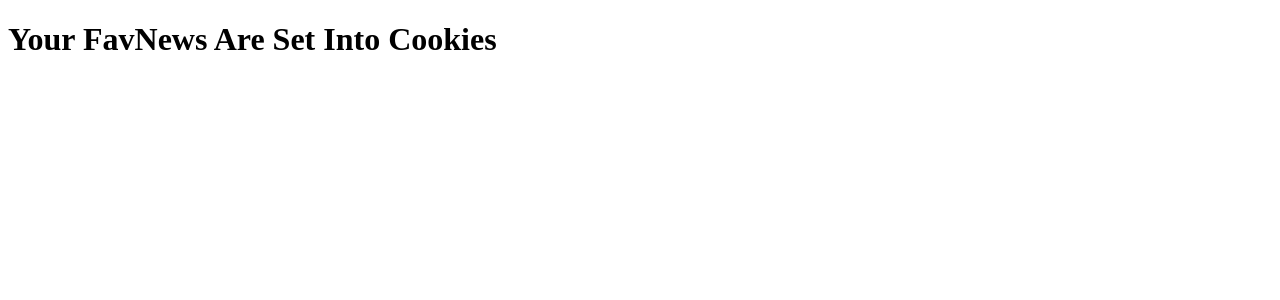
Repository: ZawMinKhantOrLeon/JavaEEWS
Page: http://localhost/jsp_servlet/cookie-data.jsp
The author's editor kept a copy of each file at every save. The page is drawn from the files as they stood at one save, then again after the next save.
The browser window is 1280 px wide. The pictures show the whole page.
The page is served by Tomcat 10. Other server files are loaded and not shown.

Above is the page before, as saved 2024-02-15 04:02:05.

### jsp_servlet/src/main/webapp/cookie-data.jsp
<%@ page language="java" contentType="text/html; charset=ISO-8859-1"
    pageEncoding="ISO-8859-1"%>
<!DOCTYPE html>
<html>
<head>
<meta charset="ISO-8859-1">
<title>Cookie Data</title>
</head>
<body>
	<%
	String favNews = request.getParameter("favNews");
	Cookie cookie = new Cookie("jsp_servlet.favNews",favNews);
	cookie.setMaxAge(60);

	response.addCookie(cookie);


	%>
	<h1> Your FavNews Are Set Into Cookies</h1>
</body>
</html>

After the next save:
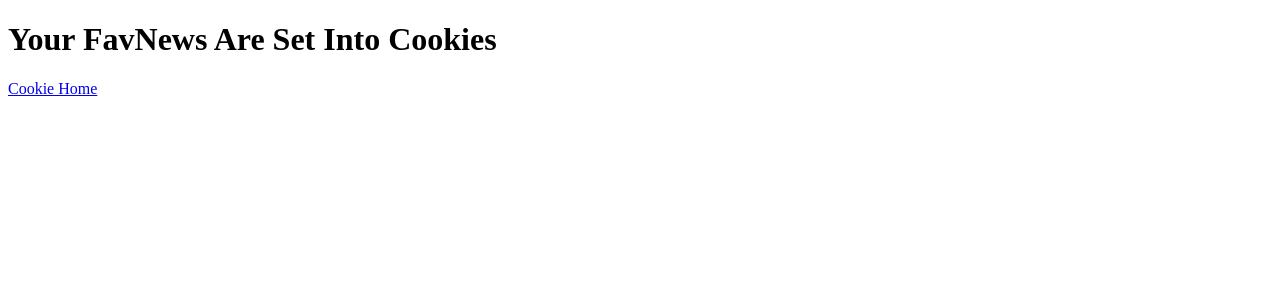
Saved 72 s later.
--- a/jsp_servlet/src/main/webapp/cookie-data.jsp
+++ b/jsp_servlet/src/main/webapp/cookie-data.jsp
@@ -17,5 +17,6 @@
 
 	%>
 	<h1> Your FavNews Are Set Into Cookies</h1>
+	<a href="cookie-home.jsp">Cookie Home</a>
 </body>
 </html>
